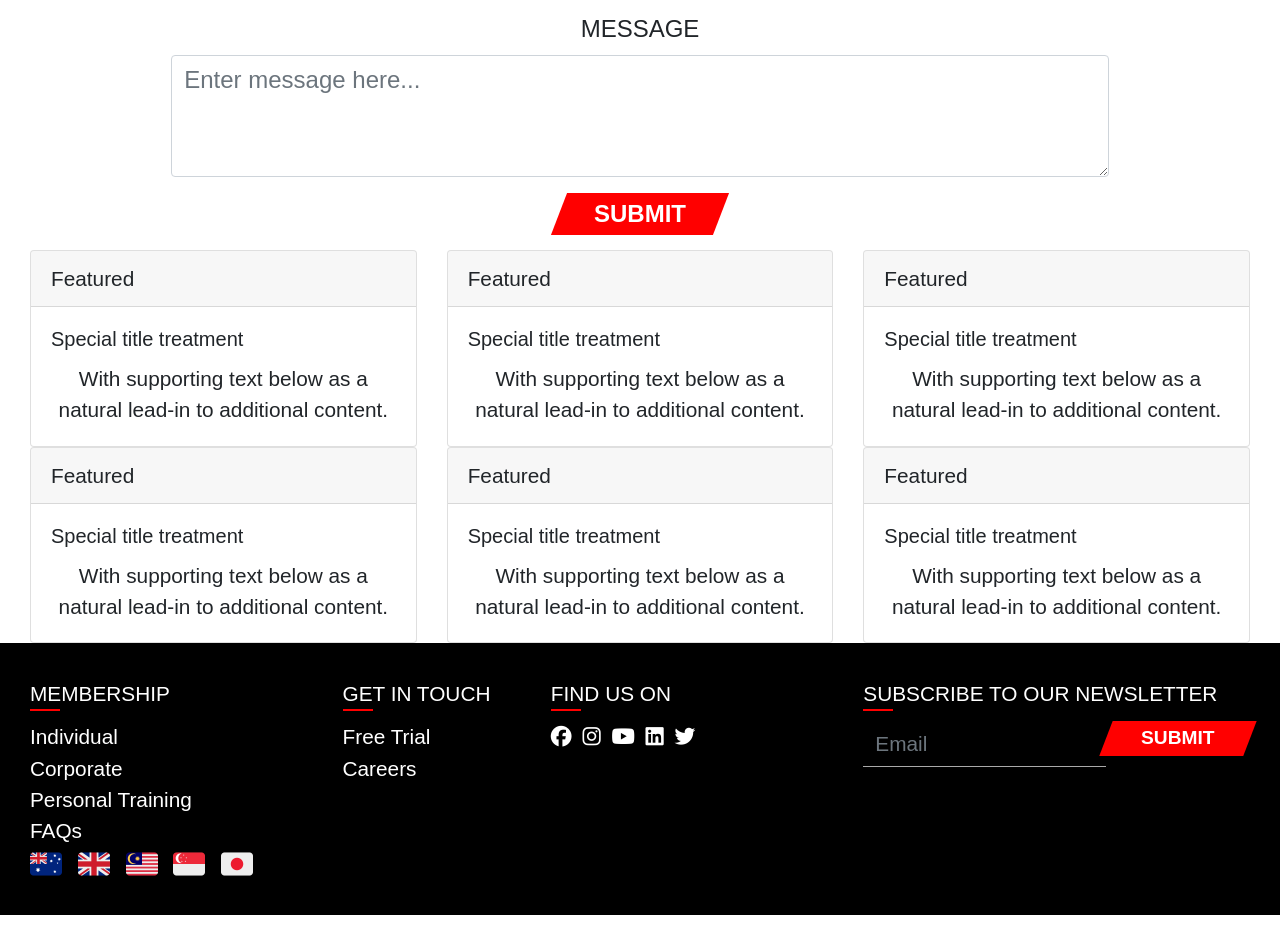
Repository: KJY93/User_Centric_Frontend_Development_Project
Page: contact.html
The author's editor kept a record of every edit. The page is drawn from the files as they stood at one moment, then again after the next edit.
The browser window is 1280 px wide. The pictures show the part of the page from y = 1094 to 2046 px (the page is 2070 px tall before and 1614 px after).
Some web fonts or font styles are not loaded; a fallback is used. Some web libraries are served in a nearby version.

Above is the page before.

### contact.html
<!DOCTYPE html>
<html lang="en-US">
	<head>
	    <meta charset="UTF-8">
	    <meta name="viewport" content="width=device-width, initial-scale=1.0">
	    <meta http-equiv="X-UA-Compatible" content="ie=edge">
	    <title>Shape Shifters | Our Clubs</title>

		<!-- Google Fonts -->
	    <link href="https://fonts.googleapis.com/css?family=Cute+Font&display=swap" rel="stylesheet">

	    <!-- Logo -->
	    <link rel="icon" href="static/fitness-logo.ico">

	    <!-- Bootstrap CSS -->
	    <link rel="stylesheet" href="https://stackpath.bootstrapcdn.com/bootstrap/4.3.1/css/bootstrap.min.css" integrity="sha384-ggOyR0iXCbMQv3Xipma34MD+dH/1fQ784/j6cY/iJTQUOhcWr7x9JvoRxT2MZw1T" crossorigin="anonymous">

	    <!-- External CSS StyleSheet -->
		<link rel="stylesheet" type="text/css" href="static/styles.css">

		<!-- Bootstrap JS -->
	    <script src="https://code.jquery.com/jquery-3.3.1.slim.min.js" integrity="sha384-q8i/X+965DzO0rT7abK41JStQIAqVgRVzpbzo5smXKp4YfRvH+8abtTE1Pi6jizo" crossorigin="anonymous"></script>
	    <script src="https://cdnjs.cloudflare.com/ajax/libs/popper.js/1.14.7/umd/popper.min.js" integrity="sha384-UO2eT0CpHqdSJQ6hJty5KVphtPhzWj9WO1clHTMGa3JDZwrnQq4sF86dIHNDz0W1" crossorigin="anonymous"></script>
	    <script src="https://stackpath.bootstrapcdn.com/bootstrap/4.3.1/js/bootstrap.min.js" integrity="sha384-JjSmVgyd0p3pXB1rRibZUAYoIIy6OrQ6VrjIEaFf/nJGzIxFDsf4x0xIM+B07jRM" crossorigin="anonymous"></script>

	    <!-- Font Awesome -->
	    <script src="https://kit.fontawesome.com/3df94da5fe.js"></script>

	    <!-- External JS -->
	    <script type="text/javascript" src="static/index.js"></script>
	</head>
	<body>
	    <main>
	        <!-- Navbar -->
			<nav class="navbar navbar-expand-md navbar-dark bg-danger">
			  	<button class="navbar-toggler" type="button" data-toggle="collapse" data-target="#navbarNav">
			    <span class="navbar-toggler-icon"></span>
			  	</button>
			  	<div class="collapse navbar-collapse" id="navbarNav">
					<ul class="navbar-nav">
						<li class="nav-item">
			    			<a class="navbar-brand" href="index.html"><i class="fas fa-home"></i></a>
			    		</li>
					</ul>
			    	<ul class="navbar-nav ml-auto">
			      		<li class="nav-item">
			        		<a class="nav-link" href="clubs.html">Clubs</a>
			      		</li>
			      		<li class="nav-item">
			        		<a class="nav-link" href="timetables.html">Timetables</a>
			      		</li>
			    	</ul>

			    	<ul class="navbar-nav ml-auto">
			      		<li class="nav-item">
			        		<a class="nav-link" href="contact.html">Contact Us</a>
			      		</li>
			    	</ul>
			  	</div>
			</nav>

			<!-- Timetables background -->
			<div id="contact-us-background">
				<h1>TALK TO US</h1>
				<h3>We'd love to hear from you.</h3>
			</div>

			<!-- Contact Us Header-->
			<div>
				<h2 class="club-header contact-us"><strong>SEND US A MESSAGE</strong></h2>
			</div>

			<div class="container-fluid">
                <form method="post" action="" class="contact-container">
                    <div class="form-group w-75">
                    	<div class="form-attribute"><label for="firstname">FIRST NAME</label></div>
                    	<input type="text" class="form-control form-placeholder" id="firstname" placeholder="First Name" required>
                    </div>

                    <div class="form-group w-75">
                        <div class="form-attribute"><label for="lastname">LAST NAME</label></div>
                        <input type="text" class="form-control form-placeholder" id="lastname" placeholder="Last Name" required>
                    </div>

                    <div class="form-group w-75">
                        <div class="form-attribute"><label for="email-address">EMAIL ADDRESS</label></div>
                        <input type="email" class="form-control form-placeholder" id="email-address" placeholder="Email" required>
                    </div>

                    <div class="form-group w-75">
                        <div class="form-attribute"><label for="contact-number">CONTACT NUMBER</label></div>
                        <input type="text" class="form-control form-placeholder" id="contact-number" placeholder="Contact Number" required>
                    </div>

                    <div class="form-group w-75">
                        <div class="form-attribute"><label for="message-field">MESSAGE</label></div>
                        <textarea class="form-control form-placeholder" id="message-field" rows="3" placeholder="Enter message here..."required></textarea>
                    </div>

                    <div class="generic-submit-btn-container"><button type="button" class="submit-btn" value="submit"><span>SUBMIT</span></button></div>

                </form>
			</div>

			<div class="container-fluid">
				<div class="row">
					<div class="col-sm-12 col-md-4">
						<div class="card">
							<div class="card-header">
						    	Featured
						  	</div>
						  	<div class="card-body">
						    	<h5 class="card-title">Special title treatment</h5>
						    	<p class="card-text">With supporting text below as a natural lead-in to additional content.</p>
						  	</div>
						</div>
					</div>




					<div class="col-sm-12 col-md-4">
						<div class="card">
							<div class="card-header">
						    	Featured
						  	</div>
						  	<div class="card-body">
						    	<h5 class="card-title">Special title treatment</h5>
						    	<p class="card-text">With supporting text below as a natural lead-in to additional content.</p>
						  	</div>
						</div>
					</div>

					<div class="col-sm-12 col-md-4">
						<div class="card">
							<div class="card-header">
						    	Featured
						  	</div>
						  	<div class="card-body">
						    	<h5 class="card-title">Special title treatment</h5>
						    	<p class="card-text">With supporting text below as a natural lead-in to additional content.</p>
						  	</div>
						</div>
					</div>

					<div class="col-sm-12 col-md-4">
						<div class="card">
							<div class="card-header">
						    	Featured
						  	</div>
						  	<div class="card-body">
						    	<h5 class="card-title">Special title treatment</h5>
						    	<p class="card-text">With supporting text below as a natural lead-in to additional content.</p>
						  	</div>
						</div>
					</div>

					<div class="col-sm-12 col-md-4">
						<div class="card">
							<div class="card-header">
						    	Featured
						  	</div>
						  	<div class="card-body">
						    	<h5 class="card-title">Special title treatment</h5>
						    	<p class="card-text">With supporting text below as a natural lead-in to additional content.</p>
						  	</div>
						</div>
					</div>

					<div class="col-sm-12 col-md-4">
						<div class="card">
							<div class="card-header">
						    	Featured
						  	</div>
						  	<div class="card-body">
						    	<h5 class="card-title">Special title treatment</h5>
						    	<p class="card-text">With supporting text below as a natural lead-in to additional content.</p>
						  	</div>
						</div>
					</div>

				</div>
			</div>

			<!-- Footer -->
			<footer>
				<div class="container-fluid">
					<div class="row">
						<div class="col-sm-12 col-md-3">
							<div>MEMBERSHIP</div>
							<div class="separator"></div>
							<div>Individual</div>
							<div>Corporate</div>
							<div>Personal Training</div>
							<div>FAQs</div>
						</div>

						<div class="col-sm-12 col-md-2">
							<div>GET IN TOUCH</div>
							<div class="separator"></div>
							<div>Free Trial</div>
							<div>Careers</div>
						</div>

						<div class="col-sm-12 col-md-3">
							<div>FIND US ON</div>
							<div class="separator"></div>
							<div>
								<i class="fab fa-facebook social-media-logo"></i>
								<i class="fab fa-instagram social-media-logo"></i>
								<i class="fab fa-youtube social-media-logo"></i>
								<i class="fab fa-linkedin social-media-logo"></i>
								<i class="fab fa-twitter social-media-logo"></i>
							</div>
						</div>

						<div class="col-sm-12 col-md-4">
							<div>SUBSCRIBE TO OUR NEWSLETTER</div>

							<div class="separator"></div>

							<form method="post" action="">
								<div class="input-field-container">
									<div class="form-group">
										<input input id="subscription" type="email" class="form-control" placeholder="Email" required>
									</div>

									<div>
										<button type="button" class="submit-btn" value="submit"><span>SUBMIT</span></button>
									</div>
								</div>
							</form>
						</div>

						<div class="col-sm-12">
							<img class="flag-logo" src="static/australia-flag.png" alt="australia flag"/>
							<img class="flag-logo" src="static/uk-flag.png" alt="uk flag"/>
							<img class="flag-logo" src="static/mys-flag.png" alt="malaysia flag"/>
							<img class="flag-logo" src="static/sg-flag.png" alt="singapore flag"/>
							<img class="flag-logo" src="static/jpn-flag.png" alt="japan flag"/>
						</div>
					</div>
				</div>
			</footer>

	   </main>
	</body>
</html>

### static/styles.css
body, html {
	height: 100%;
}

body {
	font-family: 'Cute Font', cursive, sans-serif;
}

.activepage {
	text-decoration: underline overline;
}

body.home a.home, body.articles a.articles, body.blog a.blog {

	background-color: green;

}

.nav-item {
	font-size: 130%;
}

.table-striped > tbody > tr:nth-child(odd) > td {
	background: -webkit-linear-gradient(top, #fee5ac, #ffa824);
}

#subscription {
  background: transparent;
  border: none;
  border-bottom: 1px solid #a9a9a9;
  box-shadow: none;
  border-radius: 0;
}

.iframe-video-size {
	width: 300px;
	height: 320px;
}

.social-media-logo {
	margin-right: 5px;
}

.separator {
	margin-bottom: 10px;
	height: 2px;
	width: 30px;
	background: rgb(255, 0, 0);
	z-index: 1;
}

.row {
	margin-left: 0;
	margin-right: 0;
}

#advert > h1 {
	color: #ffffff;
}

#signup-link {
	color: #ffffff;
}

input[type="email"] {
 	font-size: 1em;
}

.col-sm-12, .col-md-6, .nav-link, #signup-link {
	font-size: 1.3em;
}

.link-deco:link {
	text-decoration: none;
}

.link-deco:hover {
	font-size:120%;
}

.link-font-color, button > .link-deco:hover {
	color: #ffffff;
}

.box2, .box3 {
	background: rgba(255,117,117,0.1);
}

.button-container, p, .challenge-container, #signup-container, .box3, .box2 {
	text-align: center;
}

#divider {
	width: 100%;
	border: 1px solid black;
}

footer {
	padding-top: 35px;
	padding-bottom: 35px;
	background: rgba(0, 0, 0);
	color: #ffffff;
}

.box1 {
	background:url('../static/background-mobile.jpg');
	background-repeat: no-repeat;
	background-size: 100% 100%;
	height: 280px;
	display: flex;
	align-items: center;
	justify-content: center;
}

/*https://codepen.io/adamjohnson/pen/aokGt*/
/* Skew button design adapted from the above codepen project*/
.submit-btn {
	color: #fff;
	background: #ff0000;
	font-weight: 700;
	text-align: center;
	text-decoration: none;
	border: 0;
	outline: 0;
	font-size: 1.2rem;
	padding: 12px 35px;
	display: inline-block;
	transform: skew(-21deg);
	border-radius: 0;
}

.input-field-container {
	display: flex;
	flex-direction: row;
}

.submit-btn:hover {
	background: #0069a8;
}

span {
	display: inline-block; /* change to inline-block so that the text can be un-skewed*/
}

.submit-btn > span {
	-webkit-transform: skew(21deg);  /* Un-skew the text */
}

.btn-group {
	padding-left: 15px;
}

.btn-group-1 {
	background: lightblue;
}

.flag-logo {
	padding-right: 10px;
}

#club-header-background {
	background:url('../static/bodycombat.jpg');
	background-repeat: no-repeat;
	background-size: 100% 100%;
	height: 200px;
}

.club-header {
	text-align: center;
	background: linear-gradient(to top, #ff0000 , #800080);
	-webkit-background-clip: text;
	-webkit-text-fill-color: transparent;
	font-size: 2.5em;
}

.location {
	display: flex;
	flex-direction: column;
	justify-content: center;
	align-items: center;
	color: #ffffff;
	margin-bottom: 20px;
}

.location:link {
	text-decoration: none;
}

.location:hover {
	opacity: 0.8;
}

.location:hover .location-name, .location:hover .club-info {
	background: linear-gradient(to top, #ff0000 , #ff9800);
	-webkit-background-clip: text;
	-webkit-text-fill-color: transparent;
}

.location-name {
	font-size: 2.3em;
}

.club-info {
	font-size: 1.2em;
	border: 1px solid #ffffff;
	padding-left: 20px;
	padding-right: 20px;
	border-radius: 20px;
}

#location-image-1 {
	background:url('../static/paragon.jpg');
    background-size: 100% 100%;
    background-repeat: no-repeat;
    background-position: center;
	border-radius: 10px;
	height: 250px;
}

#location-image-2 {
	background:url('../static/clarke-quay.jpg');
    background-size: 100% 100%;
    background-repeat: no-repeat;
    background-position: center;
	border-radius: 10px;
	height: 250px;
}

#location-image-3 {
	background:url('../static/tanjongpagar.jpg');
    background-size: 100% 100%;
    background-repeat: no-repeat;
    background-position: center;
	border-radius: 10px;
	height: 250px;
}

#location-image-4 {
	background:url('../static/vivocity.jpg');
    background-size: 100% 100%;
    background-repeat: no-repeat;
    background-position: center;
	border-radius: 10px;
	height: 250px;
}

#location-image-5 {
	background:url('../static/rafflesplace.jpg');
    background-size: 100% 100%;
    background-repeat: no-repeat;
    background-position: center;
	border-radius: 10px;
	height: 250px;
}

#location-image-6 {
	background:url('../static/rafflesmall.jpg');
    background-size: 100% 100%;
    background-repeat: no-repeat;
    background-position: center;
	border-radius: 10px;
	height: 250px;
}

#timetables-header-background {
	background:url('../static/groupyoga.jpg');
	background-repeat: no-repeat;
	background-size: 100% 100%;
	height: 250px;
}

/* override text alignment and font-size*/
.table {
	text-align: center;
	font-size: 1.3rem;
}

#contact-us-background {
	background:url('../static/reachout.jpg');
	background-repeat: no-repeat;
	background-size: 100% 100%;
	height: 200px;
}

.contact-container {
	display: flex;
	align-items: center;
	flex-direction: column;
}

.generic-submit-btn-container, .form-attribute {
	text-align: center;
}

.form-group.w-75 {
	text-align: center;
}

.contact-us {
	font-size: 1.8em;
}

.generic-submit-btn-container {
	margin-bottom: 15px;
}

.form-attribute, .form-placeholder:placeholder-shown, textarea:placeholder-shown {
  font-size: 1.2em;
}

/* for extra small device */
@media (max-width: 400px) {
	.iframe-video-size {
	width: 260px;
	height: 320px;
	}

	#club-header-background {
		height: 160px;
	}

	.club-header {
		font-size: 2.0em;
	}

	.location-name {
		font-size: 2.0em;
	}

	.club-info {
		font-size: 1.0em;
	}

	.contact-us {
		font-size: 1.5em;
	}
	.box1 {
		height: 220px;
	}
}

/* for medium screen device */
@media (min-width: 768px) and (max-width: 991.98px) {
	.box1 {
		background:url('../static/background.jpg');
		background-repeat: no-repeat;
		height: 400px; /* 550 */
		background-size: 100% 100%;
	}

	.box2 {
		text-align: center;
	}

	.btn-group {
		padding-left: 0;
	}

	.iframe-video-size {
		width: 340px;
		height: 320px;
	}

	#timetables-header-background {
		height: 450px;
	}

	.table {
		font-size: 1.8rem;
	}

	#contact-us-background {
		height: 450px;
	}

	.form-attribute, .form-placeholder:placeholder-shown, textarea:placeholder-shown,
	.generic-submit-btn-container > button {
	  font-size: 1.4em;
	}

	.location-name, .club-info {
		font-size: 1.5em;
	}
}

/* for large screen device */
@media (min-width: 992px) {
	.box1 {
		height: 600px;
	}

	.btn-group {
		padding-left: 0;
	}

	.submit-btn {
		padding: 3px 35px;
	}

	.iframe-video-size {
		width: 470px;
		height: 320px;
	}

	#club-header-background {
		height: 376px;
	}

	#timetables-header-background {
		height: 600px;
	}

	#contact-us-background {
		height: 550px;
	}

	.form-attribute, .form-placeholder:placeholder-shown, textarea:placeholder-shown,
	.generic-submit-btn-container > button {
	  font-size: 1.5em;
	}

}

### static/index.js
// added interactivity to show user which current page they are currently on using javascript
document.addEventListener('DOMContentLoaded', () => {

    // get all the <a> tag elements that resides within the <li> tag which can be found inside the <nav> bar
    var navlinkitem = document.querySelectorAll('nav li a');

    // for loop to check the href provided in the <a> tag href with the current url
    // if there is a match, add the activepage class to the active element
    for (var i = 0; i < navlinkitem.length; i++) {

        if (navlinkitem[i].href == window.location.href) {

            // add class to navbarbrand logo so that it could be style when index page is the current active page
            if (navlinkitem[i].className == "navbar-brand") {
                navlinkitem[i].firstChild.classList.add('activepagelogo');
            }
            // for the rest of the navbar item
            else {
                navlinkitem[i].parentElement.classList.add('activepage');
            }
        }
    }
});

After the next edit:
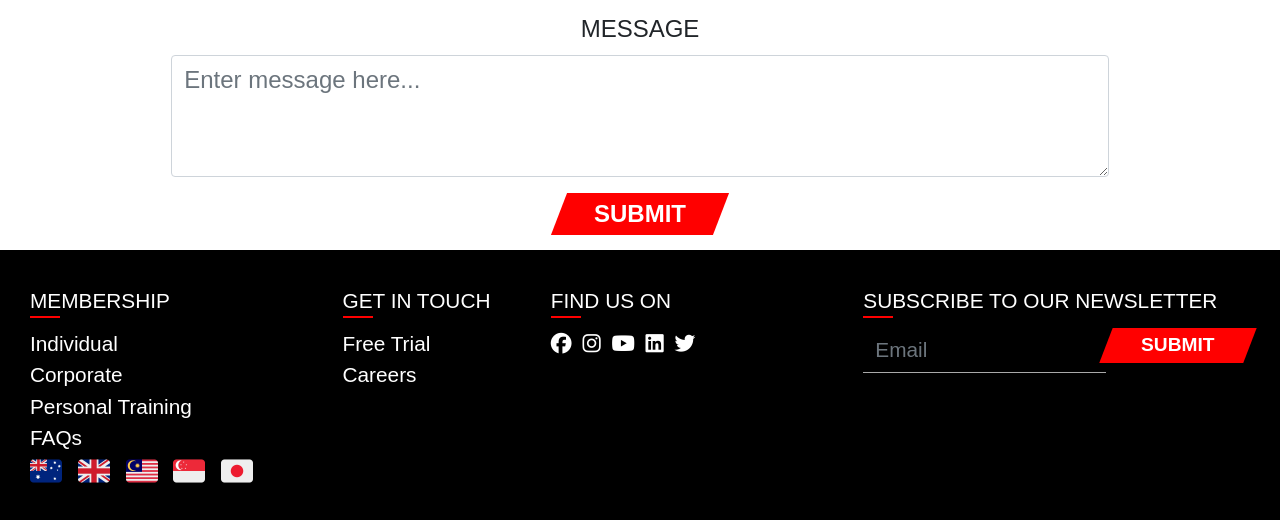
The edit:
--- a/contact.html
+++ b/contact.html
@@ -102,86 +102,6 @@
                 </form>
 			</div>
 
-			<div class="container-fluid">
-				<div class="row">
-					<div class="col-sm-12 col-md-4">
-						<div class="card">
-							<div class="card-header">
-						    	Featured
-						  	</div>
-						  	<div class="card-body">
-						    	<h5 class="card-title">Special title treatment</h5>
-						    	<p class="card-text">With supporting text below as a natural lead-in to additional content.</p>
-						  	</div>
-						</div>
-					</div>
-
-
-
-
-					<div class="col-sm-12 col-md-4">
-						<div class="card">
-							<div class="card-header">
-						    	Featured
-						  	</div>
-						  	<div class="card-body">
-						    	<h5 class="card-title">Special title treatment</h5>
-						    	<p class="card-text">With supporting text below as a natural lead-in to additional content.</p>
-						  	</div>
-						</div>
-					</div>
-
-					<div class="col-sm-12 col-md-4">
-						<div class="card">
-							<div class="card-header">
-						    	Featured
-						  	</div>
-						  	<div class="card-body">
-						    	<h5 class="card-title">Special title treatment</h5>
-						    	<p class="card-text">With supporting text below as a natural lead-in to additional content.</p>
-						  	</div>
-						</div>
-					</div>
-
-					<div class="col-sm-12 col-md-4">
-						<div class="card">
-							<div class="card-header">
-						    	Featured
-						  	</div>
-						  	<div class="card-body">
-						    	<h5 class="card-title">Special title treatment</h5>
-						    	<p class="card-text">With supporting text below as a natural lead-in to additional content.</p>
-						  	</div>
-						</div>
-					</div>
-
-					<div class="col-sm-12 col-md-4">
-						<div class="card">
-							<div class="card-header">
-						    	Featured
-						  	</div>
-						  	<div class="card-body">
-						    	<h5 class="card-title">Special title treatment</h5>
-						    	<p class="card-text">With supporting text below as a natural lead-in to additional content.</p>
-						  	</div>
-						</div>
-					</div>
-
-					<div class="col-sm-12 col-md-4">
-						<div class="card">
-							<div class="card-header">
-						    	Featured
-						  	</div>
-						  	<div class="card-body">
-						    	<h5 class="card-title">Special title treatment</h5>
-						    	<p class="card-text">With supporting text below as a natural lead-in to additional content.</p>
-						  	</div>
-						</div>
-					</div>
-
-				</div>
-			</div>
-
 			<!-- Footer -->
 			<footer>
 				<div class="container-fluid">
